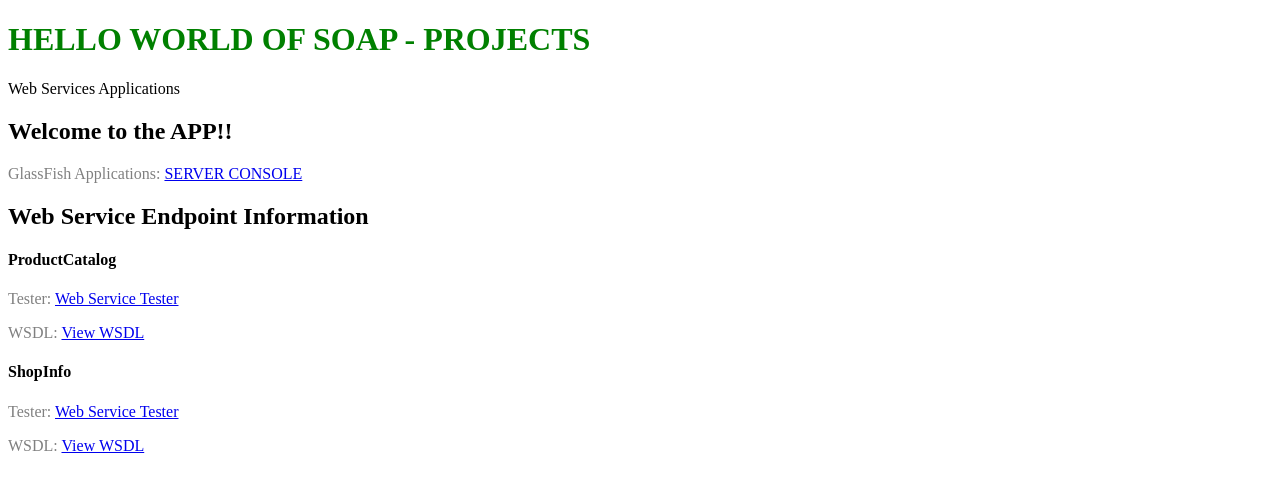
Repository: atafs/BackEnd_JAX-JAX-WS_SOAP
Page: http://localhost/Project_004_SOAP_server_TypesAndBinding/
An editor plug-in stored every save of this project. The page is shown before and after the next save, followed by the edit.
The browser window is 1280 px wide. The pictures show the whole page.
The page is served by Tomcat 9.

Above is the page before, as saved 2016-01-26 16:28:54.

After the next save:
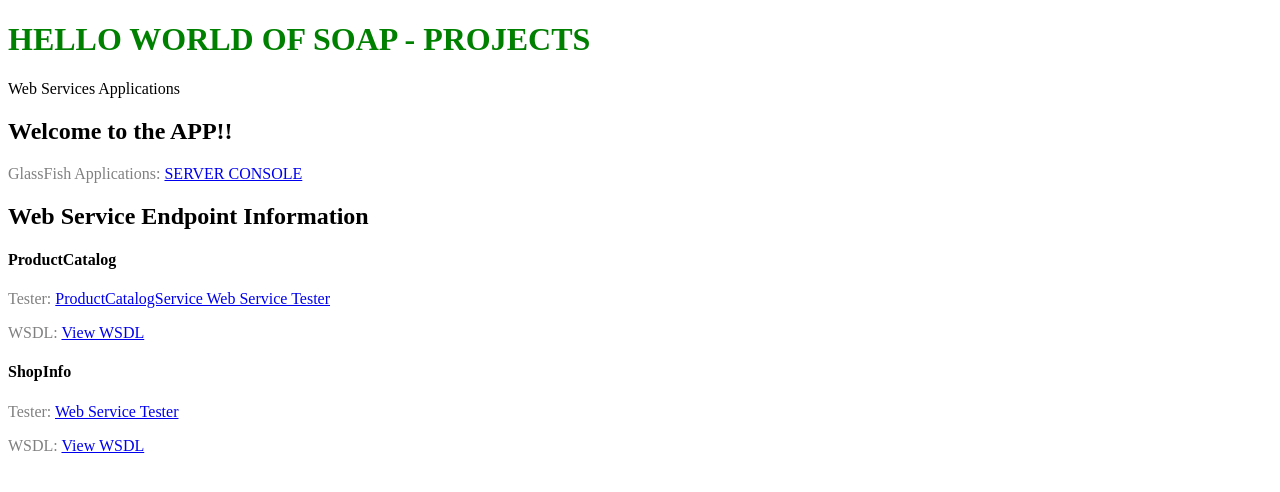
Saved 47 s later.
--- a/Project_004_SOAP_server_TypesAndBinding/WebContent/index.jsp
+++ b/Project_004_SOAP_server_TypesAndBinding/WebContent/index.jsp
@@ -20,8 +20,8 @@
 
 	<h2>Web Service Endpoint Information</h2>
 	<h4>ProductCatalog</h4>
-	<p style="color:gray;">Tester: <a href="http://atafs:9090/Project_004_SOAP_server_TypesAndBinding/ShopInfoService?Tester">Web Service Tester</a></p>
-	<p style="color:gray;">WSDL: <a href="http://atafs:9090/Project_004_SOAP_server_TypesAndBinding/ShopInfoService?wsdl">View WSDL</a></p>
+	<p style="color:gray;">Tester: <a href="http://atafs:9090/Project_003_SOAP_server_ServiceAndContractFirst/ProductCatalogService?Tester">ProductCatalogService Web Service Tester</a></p>
+	<p style="color:gray;">WSDL: <a href="http://atafs:9090/Project_003_SOAP_server_ServiceAndContractFirst/ProductCatalogService?wsdl">View WSDL</a></p>
 
 	<h4>ShopInfo</h4>
 	<p style="color:gray;">Tester: <a href="http://atafs:9090/Project_004_SOAP_server_TypesAndBinding/ShopInfoService?Tester">Web Service Tester</a></p>

After the save that followed:
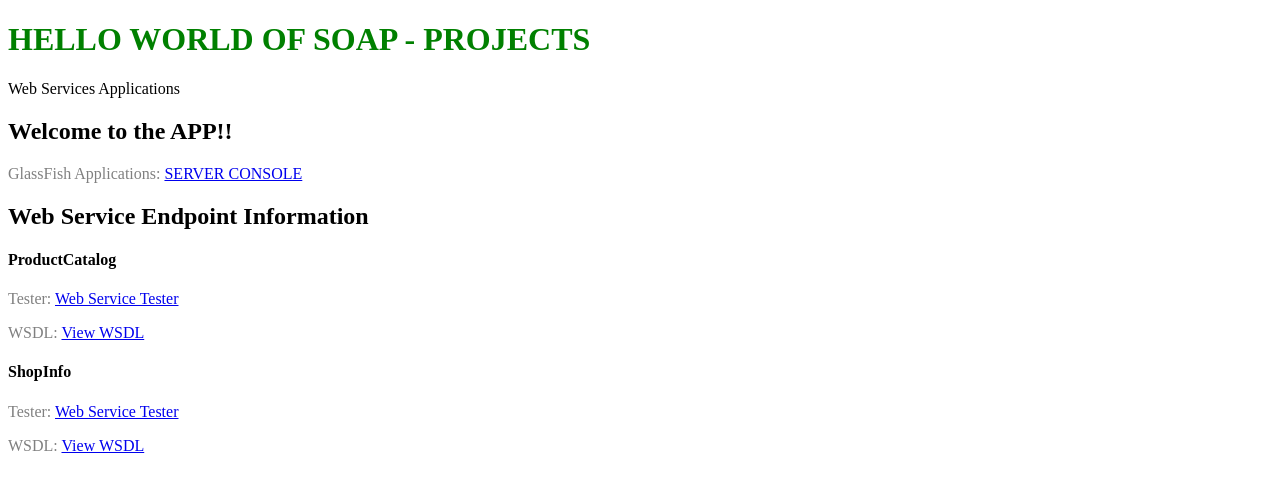
Saved 53 s later.
--- a/Project_004_SOAP_server_TypesAndBinding/WebContent/index.jsp
+++ b/Project_004_SOAP_server_TypesAndBinding/WebContent/index.jsp
@@ -20,7 +20,7 @@
 
 	<h2>Web Service Endpoint Information</h2>
 	<h4>ProductCatalog</h4>
-	<p style="color:gray;">Tester: <a href="http://atafs:9090/Project_003_SOAP_server_ServiceAndContractFirst/ProductCatalogService?Tester">ProductCatalogService Web Service Tester</a></p>
+	<p style="color:gray;">Tester: <a href="http://atafs:9090/Project_003_SOAP_server_ServiceAndContractFirst/ProductCatalogService?Tester">Web Service Tester</a></p>
 	<p style="color:gray;">WSDL: <a href="http://atafs:9090/Project_003_SOAP_server_ServiceAndContractFirst/ProductCatalogService?wsdl">View WSDL</a></p>
 
 	<h4>ShopInfo</h4>
